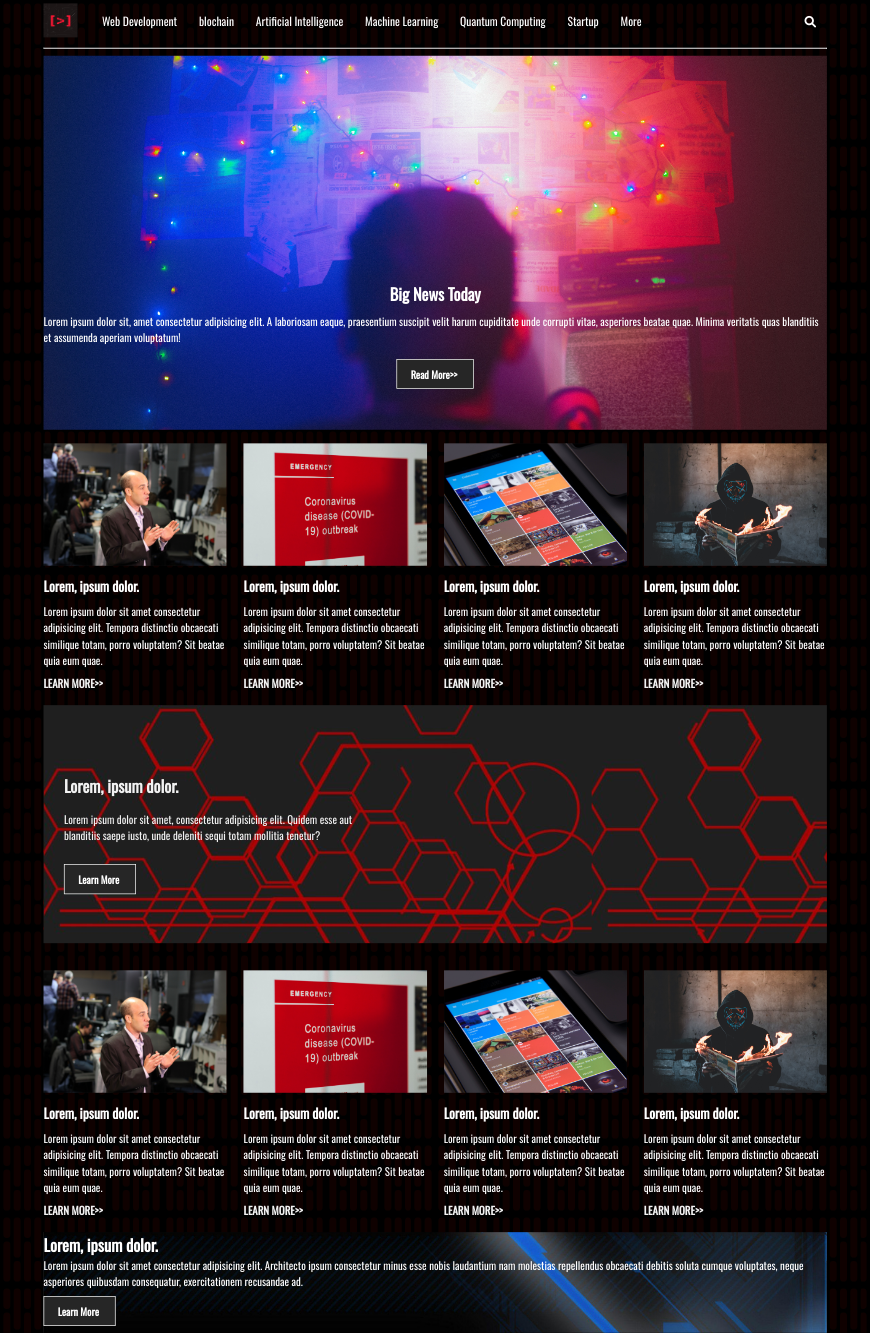
Repository: NickArregoces/News_Web
Page: index.html
The author's editor kept a copy of each file at every save. The page is drawn from the files as they stood at one save, then again after a run of saves.
The browser window is 1280 px wide. The pictures show the whole page, at 68% of full size.

Above is the page before, as saved 2021-12-24 20:02:03.

After the next 2 saves:
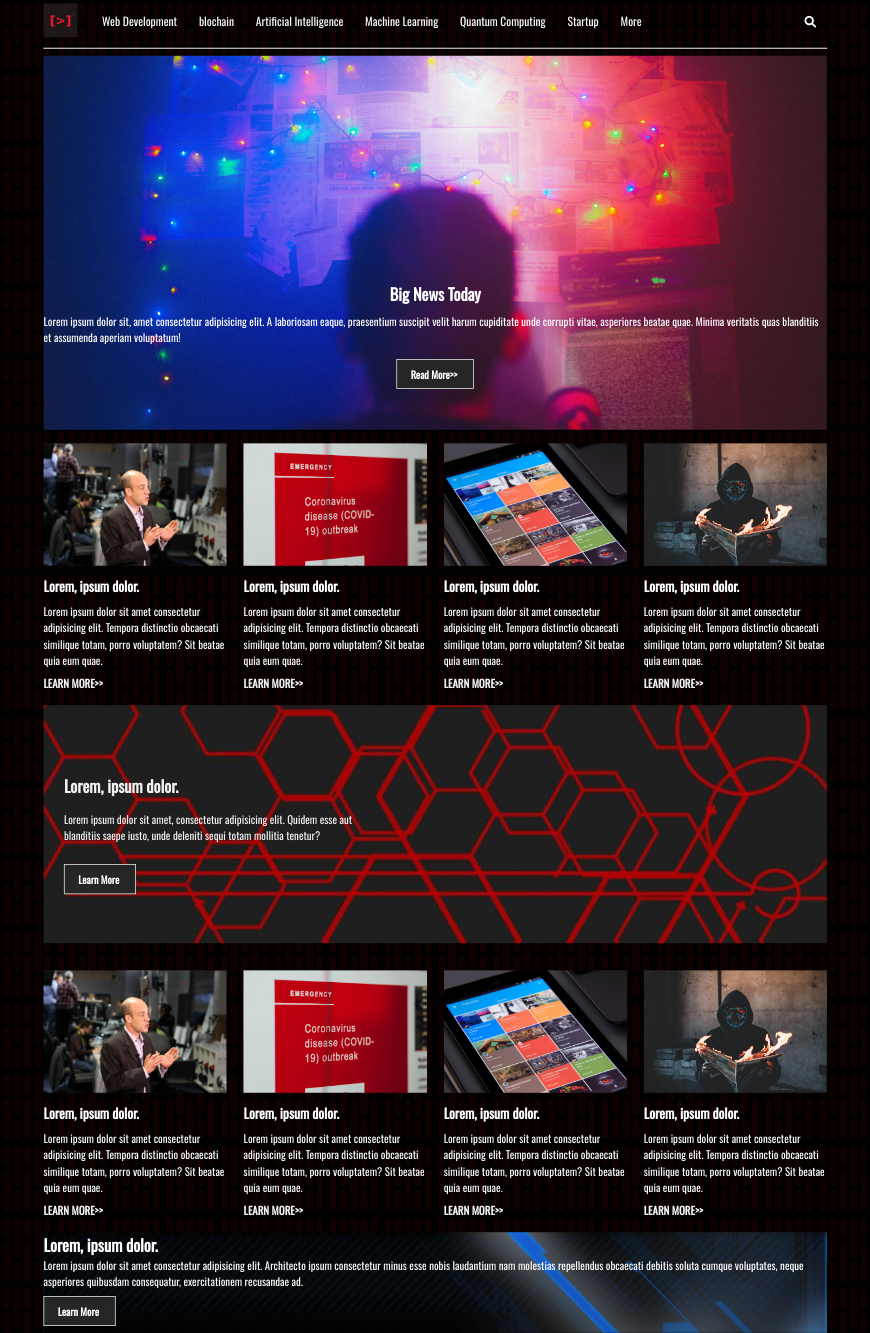
The 2 saves are shown as one change because they came seconds apart.
The last was saved 13 s later.
--- a/style.Css
+++ b/style.Css
@@ -136,7 +136,7 @@ hr{
 .cards-banner-one {
     width: 100%;
     height: 350px;
-    background: url(./img/tech-red.jpg);
+    background: url(./img/tech-red.jpg) no-repeat center/cover;;
     margin-bottom: 40px;
 }
 .cards-banner-one .content{
